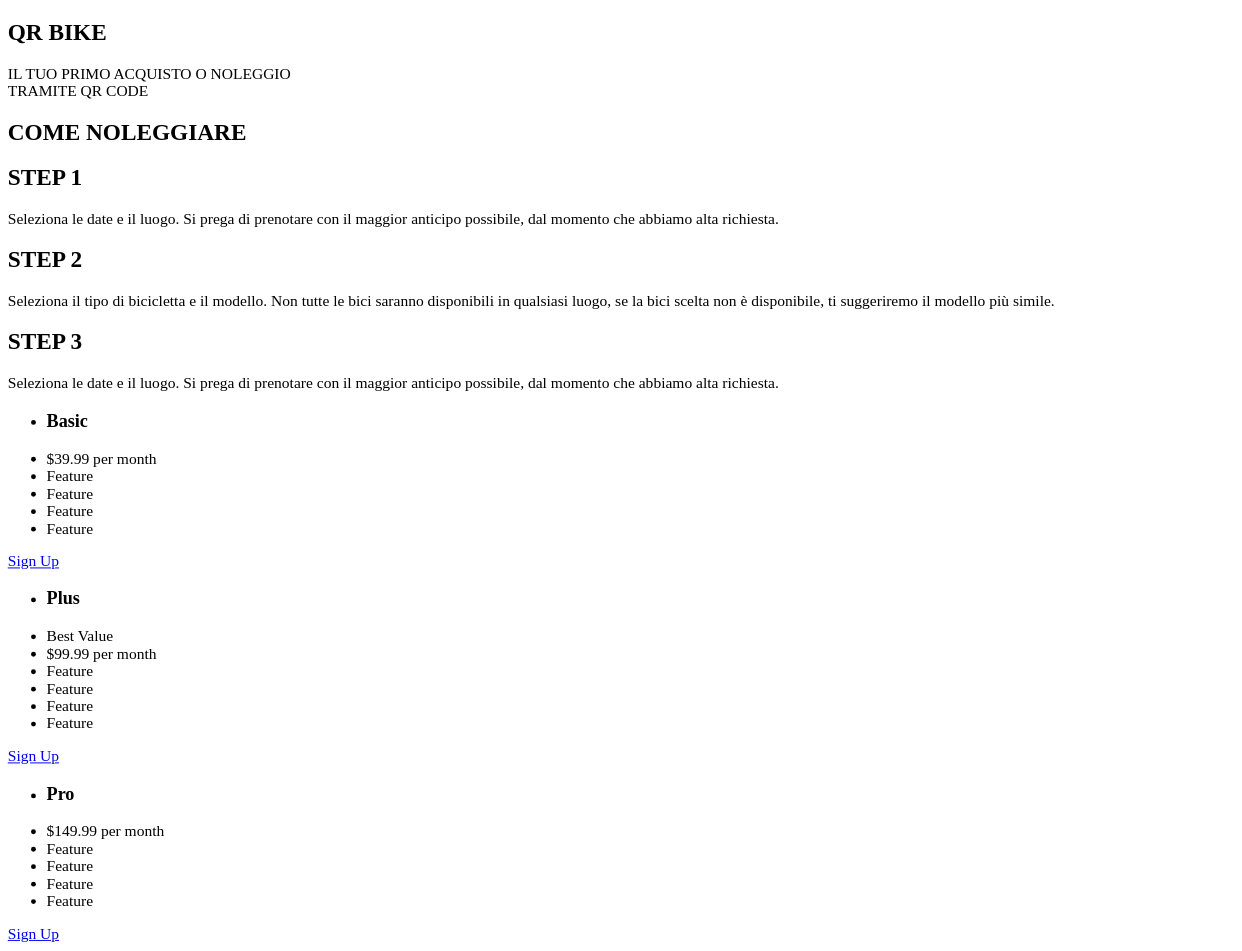
Repository: andrealepori/qrbike
Page: noleggio.html
These files come from the project's save history. The page is drawn as it stood at one moment and after the next save; the edit follows.
The browser window is 1280 px wide. The pictures show the whole page, at 97% of full size.

Above is the page before, as saved 2020-09-18 09:15:02.

After the next save:
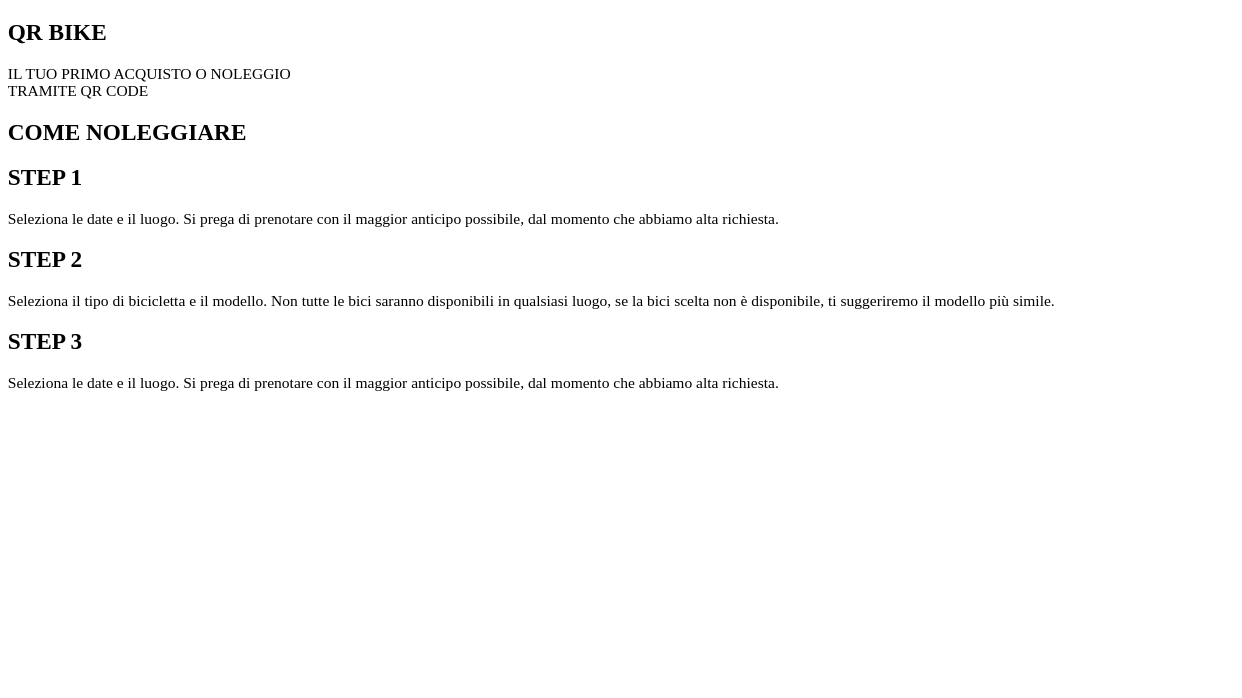
Saved 4 s later.
--- a/noleggio.html
+++ b/noleggio.html
@@ -84,50 +84,7 @@
 
     </div>
 
-    <div id="pricing">
-      <div class="tier">
-        <ul>
-          <li class="name"><h3>Basic</h3></li>
-          <li class="price">
-            $39.99
-            <span class="period">per month</span></li>
-          <li>Feature</li>
-          <li>Feature</li>
-          <li>Feature</li>
-          <li>Feature</li>
-          </ul>
-          <a href="#" class="button">Sign Up</a>
-      </div>
-      <div class="tier">
-        <ul>
 
-          <li class="name"><h3>Plus</h3></li>
-          <li class="value">Best Value</li>
-          <li class="price">
-            $99.99
-            <span class="period">per month</span></li>
-
-          <li>Feature</li>
-          <li>Feature</li>
-          <li>Feature</li>
-          <li>Feature</li>
-        </ul>
-        <a href="#" class="button highlight">Sign Up</a>
-      </div>
-      <div class="tier">
-        <ul>
-          <li class="name"><h3>Pro</h3></li>
-          <li class="price">
-            $149.99
-            <span class="period">per month</span></li>
-                <li>Feature</li>
-          <li>Feature</li>
-          <li>Feature</li>
-          <li>Feature</li>
-          </ul>
-          <a href="#" class="button">Sign Up</a>
-      </div>
-    </div>
 
 
 
